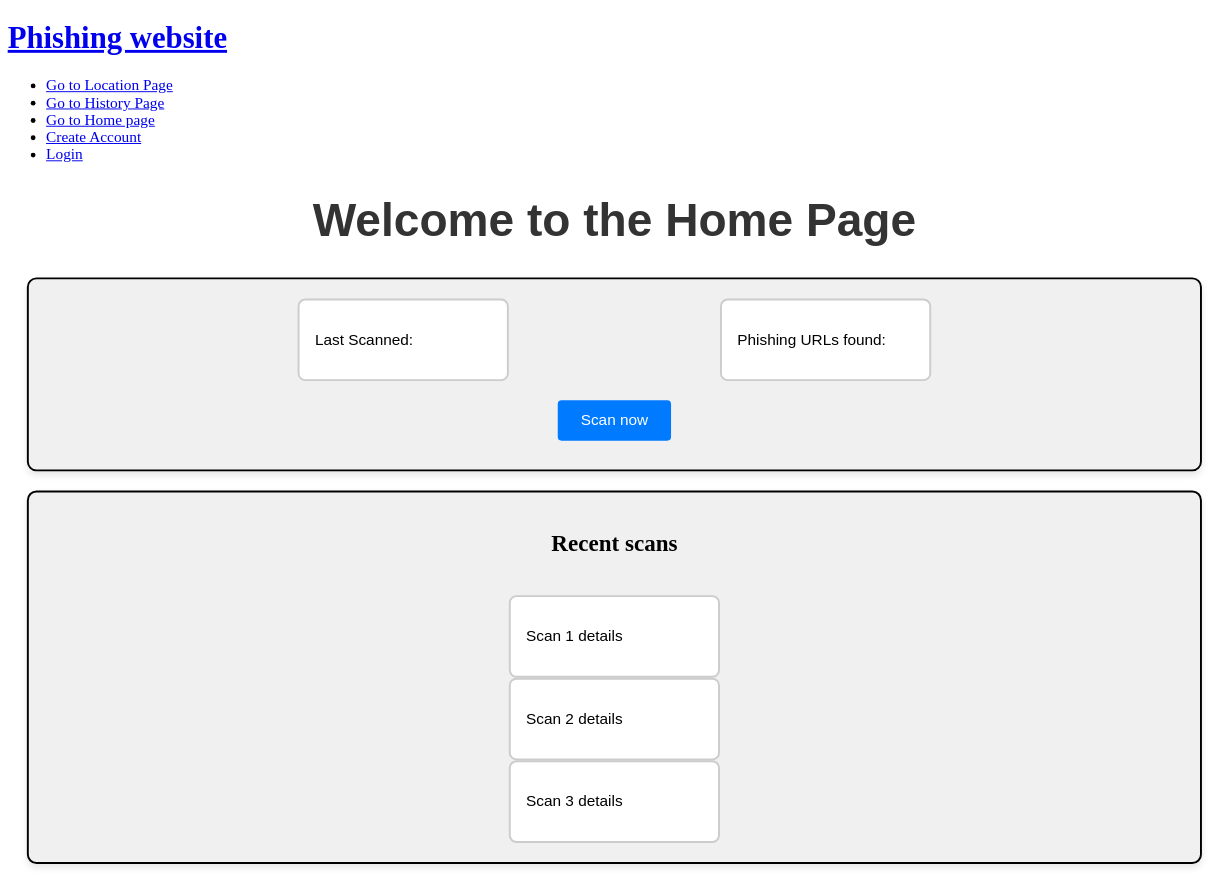
Repository: 2305199/Final-year-project
Page: / (app in frontend/)
These files come from the project's save history. The page is drawn as it stood at one moment and after the next save; the edit follows.
The browser window is 1280 px wide. The pictures show the whole page, at 96% of full size.
The project was rebuilt for these pictures with package versions that can differ from the ones it lists, and the page was loaded fresh each time. Also part of the build but not shown: frontend/vite.config.js, frontend/src/Location/Location.jsx, frontend/src/History/History.jsx, frontend/src/User/CreateAccount.jsx, frontend/src/User/Login.jsx.

Above is the page before, as saved 2026-01-29 01:28:03.

After the next save:
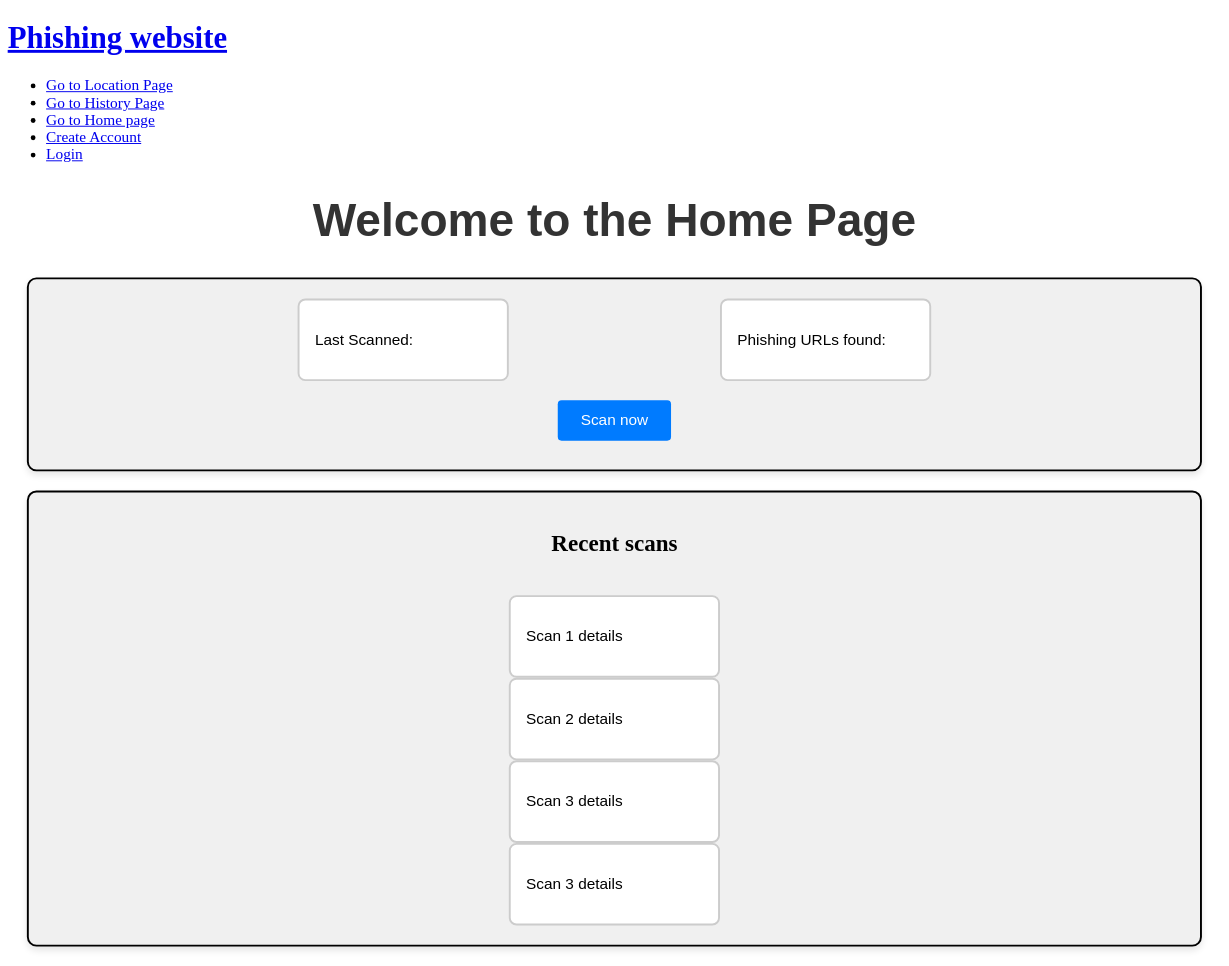
Saved 27 s later.
--- a/frontend/src/Home/Home.jsx
+++ b/frontend/src/Home/Home.jsx
@@ -26,6 +26,7 @@ function Home() {
             <div className={styles.Lscanned}><p>Scan 1 details</p></div>
             <div className={styles.Lscanned}><p>Scan 2 details</p></div>
             <div className={styles.Lscanned}><p>Scan 3 details</p></div>
+             <div className={styles.Lscanned}><p>Scan 3 details</p></div>
         </div>
     </div>
 
